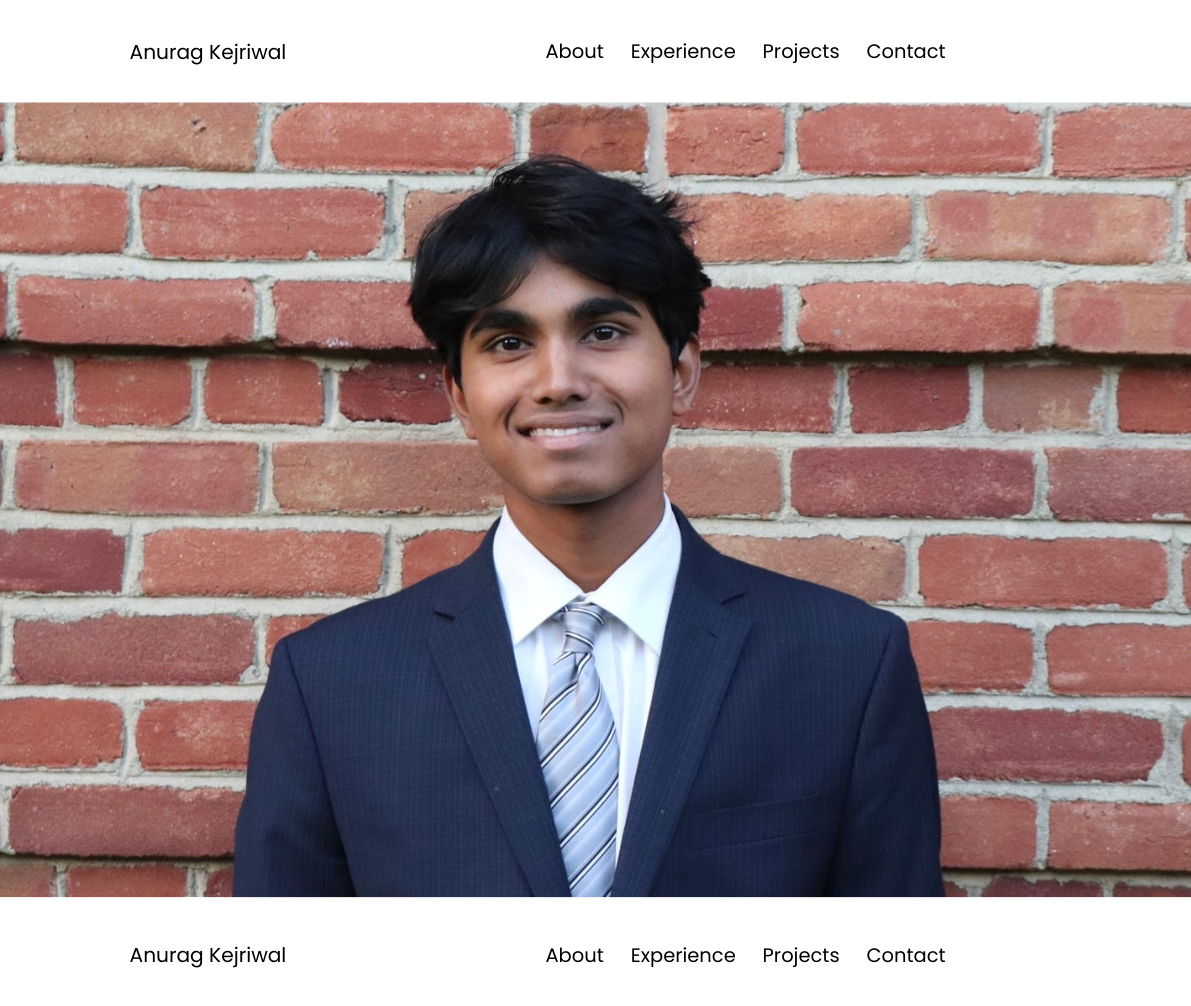
Repository: anuragkej/OldPortfolio
Page: index.html
An editor plug-in stored every save of this project. The page is shown before and after the next save, followed by the edit.
The browser window is 1280 px wide. The page is 1418 px wide, so the pictures cover 1418 px, including what lies to the right of the window. The pictures show the whole page, at 84% of full size.

Above is the page before, as saved 2024-05-25 20:48:26.

After the next save:
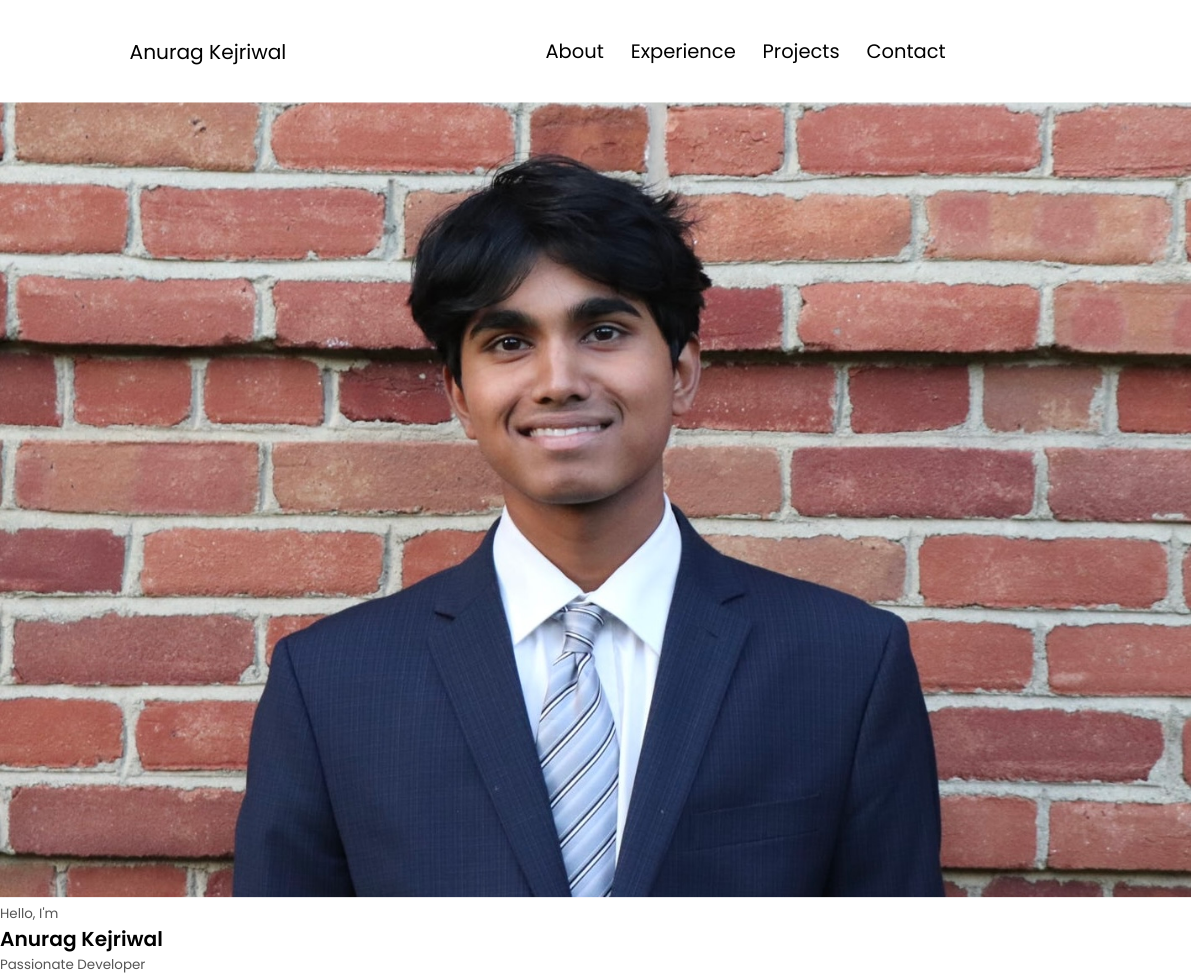
Saved 3 min 18 s later.
--- a/index.html
+++ b/index.html
@@ -39,49 +39,13 @@
         <div class="section_pic-container">
             <img src="./assets/20231026_132825_F9CEAA.jpeg" alt="Anurag Kejriwal profile picture">
         </div>
+        <div class="section__text">
+            <p class="section__text__p1">Hello, I'm</p>
+            <h1 class="title">Anurag Kejriwal</h1>
+            <p class="section__text__p2">Passionate Developer</p>
+        </div>
     </section>
     <script src="script.js"></script>
 
 </body>
 </html>
-<!DOCTYPE html>
-<html lang="en">
-<head>
-    <meta charset="UTF-8">
-    <meta name="viewport" content="width=device-width, initial-scale=1.0">
-    <title>Personal Portfolio</title>
-    <link rel="stylesheet" href="style.css">
-    <link rel="stylesheet" href="mediaqueries.css">
-</head>
-<body>
-    <nav id="desktop-nav">
-        <div class="logo">Anurag Kejriwal</div>
-        <div>
-            <ul class="nav-links">
-                <li><a href="#about">About</a></li>
-                <li><a href="#experience">Experience</a></li>
-                <li><a href="#projects">Projects</a></li>
-                <li><a href="#contact">Contact</a></li>
-            </ul>
-        </div>
-    </nav>
-    <nav id="hamburger-nav">
-        <div class="logo">Anurag Kejriwal</div>
-        <div class="hamburger-menu">
-            <div class="hamburger-icon" onclick="toggleMenu()">
-                <span></span>
-                <span></span>
-                <span></span>
-            </div>
-            <div class="menu-links">
-                <li><a href="#about" onclick="toggleMenu()" >About</a></li>
-                <li><a href="#experience" onclick="toggleMenu()">Experience</a></li>
-                <li><a href="#projects" onclick="toggleMenu()">Projects</a></li>
-                <li><a href="#contact" onclick="toggleMenu()">Contact</a></li>
-            </div>
-        </div>
-    </nav>
-    <script src="script.js"></script>
-
-</body>
-</html>
